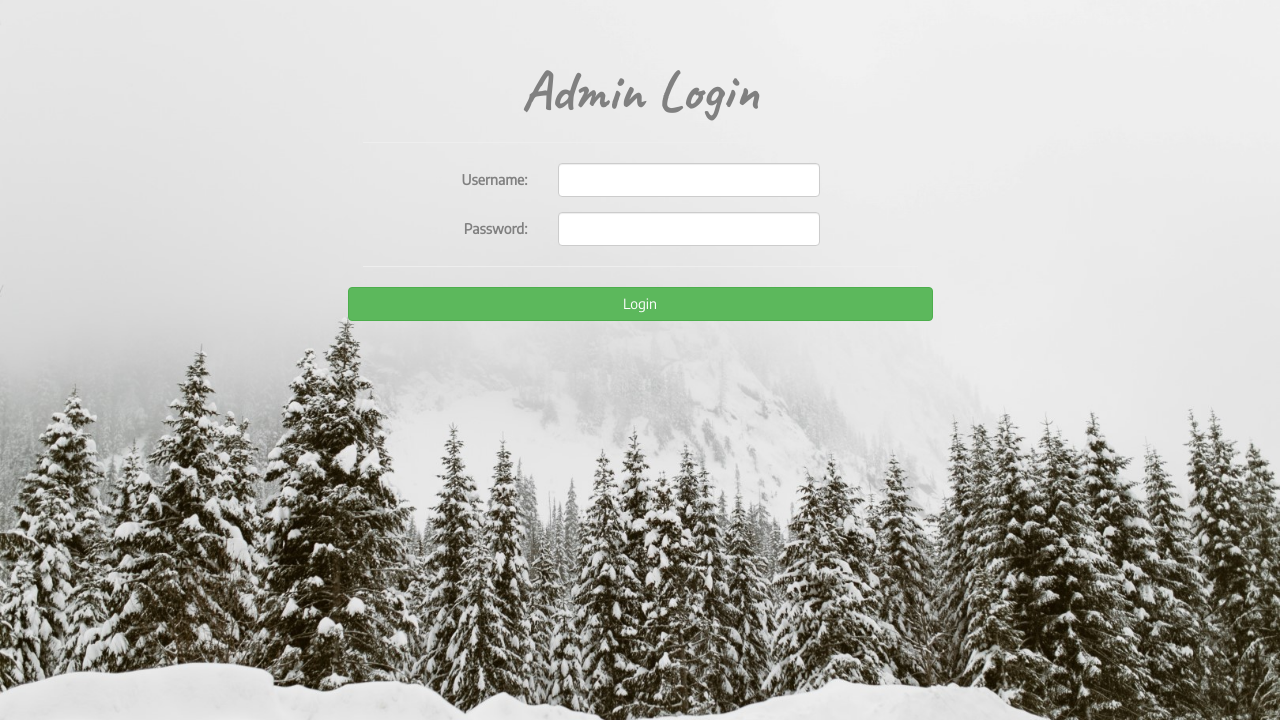
Repository: maliking/making
Page: http://localhost/final_project/loginPage.php
The author's editor kept a record of every edit. The page is drawn from the files as they stood at one moment, then again after the next edit.
The browser window is 1280 px wide. The pictures show the whole page.
The page is run by PHP 8.4 with error messages shown; the project is at /var/www/html/.

Above is the page before.
Console error: TypeError: Cannot read properties of undefined (reading 'prototype')

After the next edit:
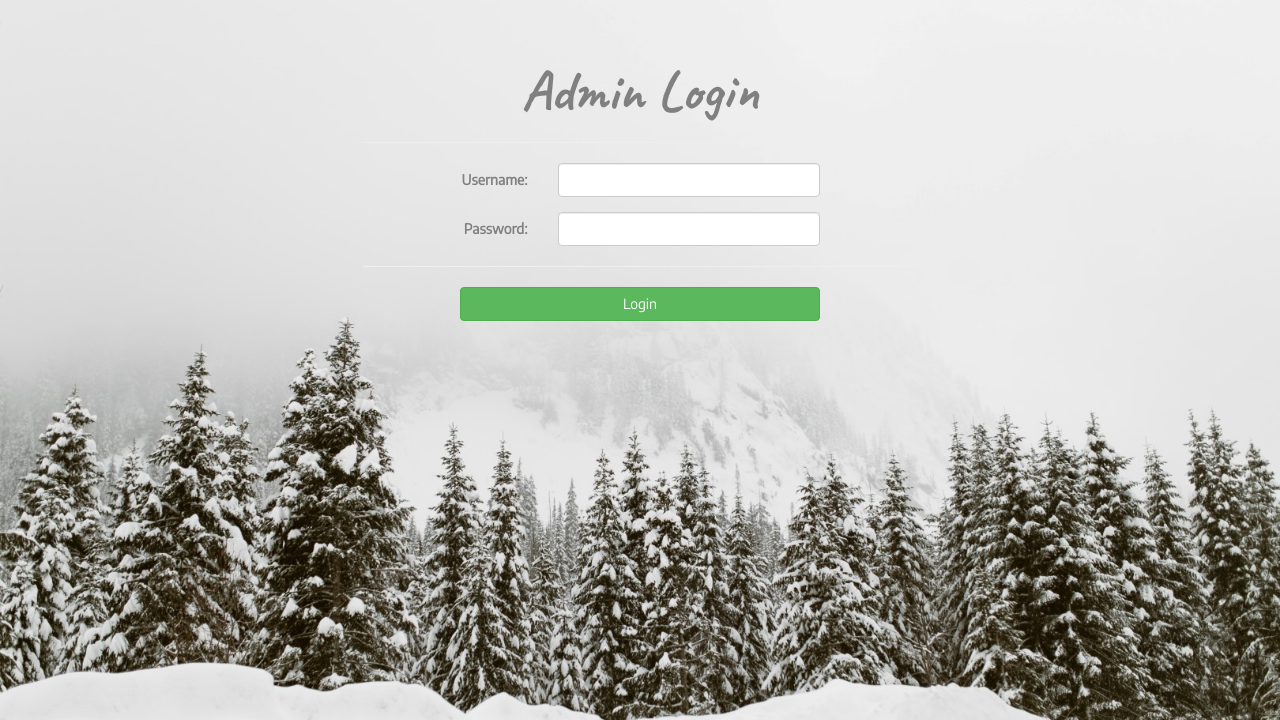
The edit:
--- a/final_project/loginPage.php
+++ b/final_project/loginPage.php
@@ -27,7 +27,9 @@
                     </div>
                     <hr>
                     <div class="form-group">
-                        <input class="btn btn-success btn-block" type="submit" name="loginForm" value="Login">
+                        <div class="col-xs-12 col-md-8 col-md-offset-2">
+                            <input class="btn btn-success btn-block" type="submit" name="loginForm" value="Login">
+                        </div>
                     </div>
                 </form>
                 </div>
